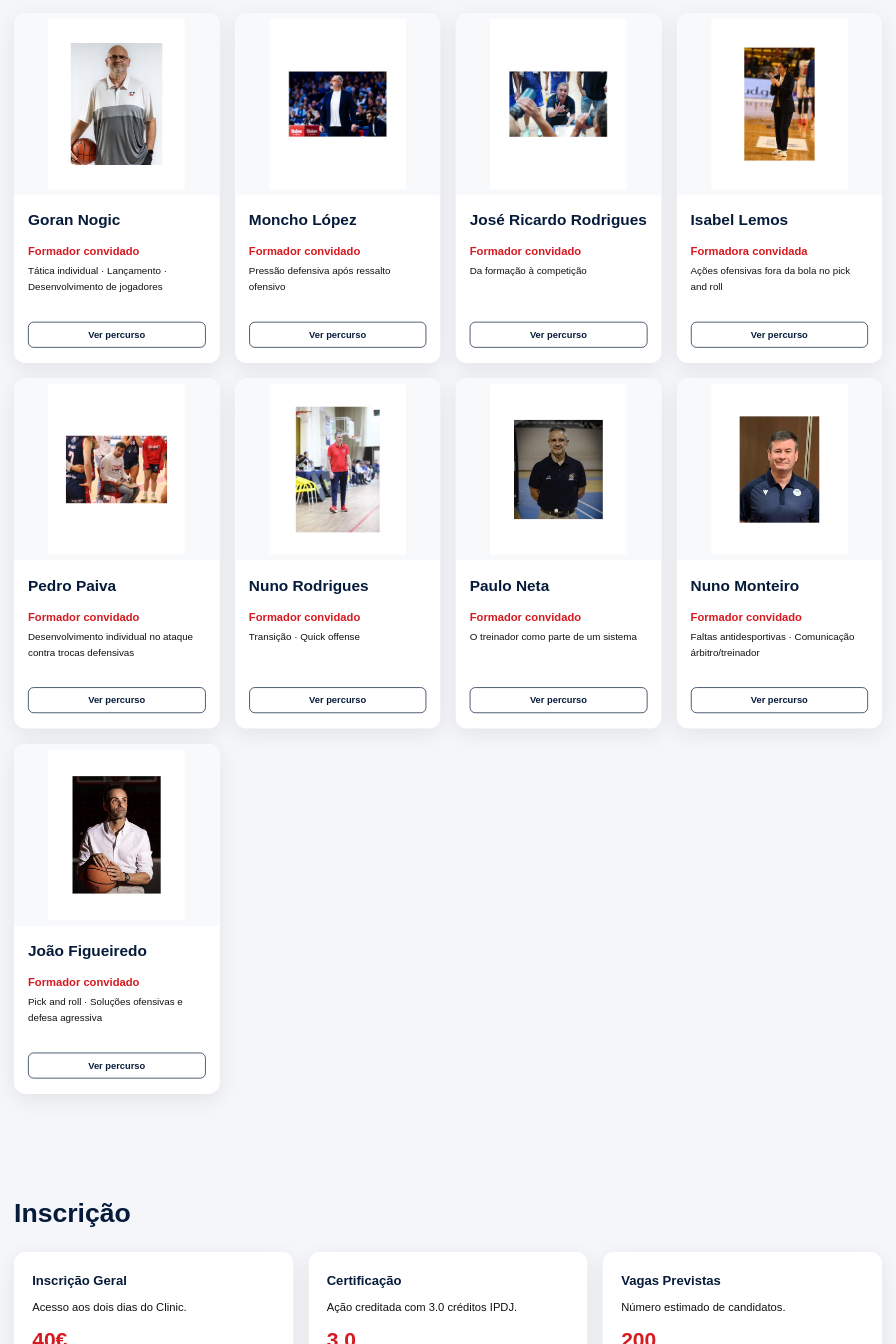
Repository: Vasco18Ferreira/clinic-internacional-maia
Page: index.html
These files come from the project's save history. The page is drawn as it stood at one moment and after the next save; the edit follows.
The browser window is 1280 px wide. The pictures show the part of the page from y = 1404 to 3324 px (the page is 5991 px tall), at 70% of full size.

Above is the page before, as saved 2026-07-21 00:50:23.

### index.html
<!DOCTYPE html>
<html lang="pt">
<head>
  <meta charset="UTF-8" />
  <meta name="viewport" content="width=device-width, initial-scale=1.0" />
  <title>I Clinic Internacional Cidade da Maia</title>

<style>
  :root {
    --blue: #061b3a;
    --red: #d71920;
    --white: #ffffff;
    --light: #f4f6f9;
    --dark: #111111;
  }

  * {
    box-sizing: border-box;
    margin: 0;
    padding: 0;
  }

  body {
    font-family: Arial, sans-serif;
    color: var(--dark);
    background: var(--light);
    line-height: 1.6;
  }

header {
  min-height: 90vh;
  background:
    linear-gradient(rgba(6,27,58,.45), rgba(6,27,58,.72)),
    url("clinic-bg.jpg");

  background-size: cover;
  background-position: center center;
  background-repeat: no-repeat;

  color: var(--white);
  display: flex;
  align-items: center;
  padding: 40px 20px;
}

  .hero {
    max-width: 780px;
  }

  .tag {
    display: inline-block;
    background: var(--red);
    padding: 8px 14px;
    border-radius: 999px;
    font-size: 14px;
    font-weight: bold;
    margin-bottom: 20px;
  }

  h1 {
    font-size: clamp(42px, 8vw, 86px);
    line-height: 0.95;
    margin-bottom: 20px;
    text-transform: uppercase;
  }

  .subtitle {
    font-size: 22px;
    margin-bottom: 25px;
    max-width: 650px;
  }

  .info {
    display: grid;
    grid-template-columns: repeat(auto-fit, minmax(180px, 1fr));
    gap: 12px;
    margin: 30px 0;
  }

  .info div {
    background: rgba(255,255,255,0.12);
    padding: 14px;
    border-radius: 12px;
    backdrop-filter: blur(4px);
  }

  .btn {
    display: inline-block;
    background: var(--red);
    color: var(--white);
    padding: 15px 26px;
    text-decoration: none;
    font-weight: bold;
    border-radius: 8px;
    margin-top: 10px;
  }

  section {
    padding: 70px 20px;
  }

  section.white {
    background: var(--white);
  }

  h2 {
    font-size: 38px;
    color: var(--blue);
    margin-bottom: 25px;
  }

  .grid {
    display: grid;
    grid-template-columns: repeat(auto-fit, minmax(260px, 1fr));
    gap: 22px;
  }

  .card {
    background: var(--white);
    padding: 26px;
    border-radius: 16px;
    box-shadow: 0 8px 30px rgba(0,0,0,0.08);
  }

  .white .card {
    background: var(--light);
  }

  .card h3 {
    color: var(--blue);
    margin-bottom: 10px;
  }

  .price {
    font-size: 30px;
    color: var(--red);
    font-weight: bold;
    margin-top: 10px;
  }

  .programa {
    border-left: 5px solid var(--red);
    padding-left: 20px;
    margin-bottom: 24px;
  }

  .programa p {
    margin: 8px 0;
  }

  .mapa {
    background: var(--blue);
    color: var(--white);
    border-radius: 18px;
    padding: 30px;
  }

  .mapa h3 {
    color: var(--white);
    margin-bottom: 15px;
  }
/* ORGANIZAÇÃO E PARCEIROS */

.partners{
  background:#ffffff;
  padding:90px 20px;
  text-align:center;
}

.partners h2{
  color:var(--blue);
  margin-bottom:18px;
}

.partner-title{
  text-transform:uppercase;
  font-size:14px;
  letter-spacing:3px;
  color:#777;
  margin-bottom:25px;
}

.organizer-logo{
  margin-bottom:55px;
}

.organizer-logo img{
  max-width:190px;
  width:100%;
  height:auto;
}

.partner-divider{
  width:140px;
  height:2px;
  background:var(--red);
  margin:0 auto 45px;
}

.partners-grid{
  display:flex;
  justify-content:center;
  align-items:center;
  gap:45px;
  flex-wrap:wrap;
}

.partner-logo{
  width:170px;
  height:90px;
  display:flex;
  align-items:center;
  justify-content:center;
}

.partner-logo img{
  max-width:180px;
  max-height:90px;
  object-fit:contain;
  transition:.25s;
}

.partner-logo img:hover{
  transform:scale(1.06);
}
  footer {
    background: var(--blue);
    color: var(--white);
    text-align: center;
    padding: 35px 20px;
  }

  .small {
    font-size: 14px;
    opacity: 0.85;
  }
  .countdown-premium {
  margin: 28px 0 22px;
  padding: 18px;
  border-radius: 18px;
  background: rgba(255,255,255,0.10);
  border: 1px solid rgba(255,255,255,0.18);
  backdrop-filter: blur(6px);
}

.countdown-premium p {
  text-transform: uppercase;
  letter-spacing: 3px;
  font-size: 13px;
  font-weight: bold;
  margin-bottom: 12px;
  opacity: 0.85;
}

.countdown-boxes {
  display: grid;
  grid-template-columns: repeat(4, 1fr);
  gap: 10px;
}

.countdown-boxes div {
  background: rgba(255,255,255,0.12);
  border-radius: 14px;
  padding: 12px 8px;
  text-align: center;
}

.countdown-boxes strong {
  display: block;
  font-size: 32px;
  line-height: 1;
  color: var(--white);
}

.countdown-boxes span {
  font-size: 12px;
  opacity: 0.85;
}

@media (max-width: 600px) {
  .countdown-boxes {
    grid-template-columns: repeat(2, 1fr);
  }
}

  /* FORMADORES - MOSAICO */
.speaker-card {
  padding: 0;
  overflow: hidden;
  display: flex;
  flex-direction: column;
  height: 100%;
  min-height: 500px;
}

.speaker-card img {
  width: 100%;
  height: 260px;
  object-fit: contain;
  object-position: center;
  display: block;
  background: #f8f9fb;
  padding: 8px;
}

.speaker-card h3 {
  padding: 18px 20px 0;
  font-size: 22px;
}

.speaker-card > p {
  padding: 4px 20px;
  font-weight: bold;
  color: var(--red);
}

.speaker-bio p {
  margin: 16px 0 0;
  padding: 0;
  font-weight: normal;
  color: #444;
}

.speaker-card span {
  display: block;
  padding: 0 20px 22px;
  font-size: 14px;
  flex-grow: 1;
}

.bio-button {
  margin: 0 20px 22px;
  padding: 10px 14px;
  border: 1px solid var(--blue);
  border-radius: 8px;
  background: transparent;
  color: var(--blue);
  font-weight: bold;
  cursor: pointer;
  transition: 0.2s;
}

.bio-button:hover {
  background: var(--blue);
  color: var(--white);
}

.speaker-bio{
    display:none;
    padding:0 20px 22px;
    font-size:15px;
    line-height:1.75;
    color:#444;
}

.speaker-bio.open{
    display:block;
}

.speaker-bio p{
    margin:16px 0 0;
}

@media (max-width: 900px) {
  .speakers {
    grid-template-columns: 1fr 1fr;
  }
}

@media (max-width: 600px) {
  .speakers {
    grid-template-columns: 1fr;
  }

  h1 {
    font-size: 46px;
  }

  .subtitle {
    font-size: 18px;
  }
}
</style>
</head>

<body>

<header>
  <div class="container hero">
    <span class="tag">Créditos IPDJ 3.0 · Valor máximo</span>

    <h1>I Clinic Internacional<br>Cidade da Maia</h1>

    <p class="subtitle">
      Dois dias de formação avançada para treinadores, com sessões práticas e teóricas orientadas por formadores nacionais e internacionais.
    </p>

    <div class="info">
      <div><strong>📅 29 e 30 Agosto</strong><br>2026</div>
      <div><strong>📍 Local</strong><br>Pavilhão Municipal da Nortecoop</div>
      <div><strong>⏱️ Carga Horária</strong><br>15 horas presenciais</div>
      <div><strong>🎓 Créditos</strong><br>IPDJ 3.0</div>
    </div>

    <div class="countdown-premium">
  <p>Faltam</p>

  <div class="countdown-boxes">
    <div>
      <strong id="days">00</strong>
      <span>Dias</span>
    </div>

    <div>
      <strong id="hours">00</strong>
      <span>Horas</span>
    </div>

    <div>
      <strong id="minutes">00</strong>
      <span>Min</span>
    </div>

    <div>
      <strong id="seconds">00</strong>
      <span>Seg</span>
    </div>
  </div>
</div>

    <a class="btn" href="https://forms.gle/Ad7RbMQL5vM1H9MT7" target="_blank">
      Inscreve-te aqui
    </a>
  </div>
</header>

<section class="white">
  <div class="container">
    <h2>Sobre o Clinic</h2>

    <p>
      O I Clinic Internacional Cidade da Maia é uma ação de formação certificada, organizada pelo Maia Basket Clube, dirigida a treinadores que procuram aprofundar conhecimento técnico, tático e metodológico.
    </p>

    <br>

    <p>
      Ao longo de dois dias, o Clinic contará com sessões práticas e teóricas, num total de 15 horas presenciais, abordando temas como lançamento, tática individual, pressão defensiva, transição ofensiva, pick and roll, comunicação treinador/árbitro e desenvolvimento de jogadores.
    </p>
  </div>
</section>

<section>
  <div class="container">
    <h2>Formadores Confirmados</h2>

    <div class="grid speakers">

      <div class="card speaker-card">
        <img src="assets/goran.jpg" alt="Goran Nogic">
        <h3>Goran Nogic</h3>
        <p>Formador convidado</p>
        <span>Tática individual · Lançamento · Desenvolvimento de jogadores</span>

        <button class="bio-button" type="button" onclick="toggleBio(this)">
          Ver percurso
        </button>

        <div class="speaker-bio">
          <p>
            Treinador sérvio com mais de três décadas de experiência no desenvolvimento
            de jogadores e equipas. Iniciou a carreira na Sérvia e conquistou o
            campeonato nacional de juniores ao serviço do Partizan, onde trabalhou com
            atletas que chegaram ao mais alto nível internacional.
          </p>

          <p>
            Em Portugal, passou por clubes como Estoril Praia, Imortal, Barreirense e
            SL Benfica, assumindo também funções de coordenação da formação. Especialista
            no aperfeiçoamento técnico individual, traz ao Clinic uma abordagem prática
            sobre lançamento, tomada de decisão e construção de jogadores.
          </p>
        </div>
      </div>

      <div class="card speaker-card">
        <img src="assets/moncho.jpg" alt="Moncho López">
        <h3>Moncho López</h3>
        <p>Formador convidado</p>
        <span>Pressão defensiva após ressalto ofensivo</span>

        <button class="bio-button" type="button" onclick="toggleBio(this)">
          Ver percurso
        </button>

        <div class="speaker-bio">
          <p>
            Treinador espanhol com um percurso de referência no basquetebol europeu.
            Foi selecionador nacional de Espanha, conduzindo a seleção à medalha de
            prata no Campeonato da Europa de 2003, e posteriormente selecionador
            nacional sénior masculino de Portugal.
          </p>

          <p>
            Em Portugal, orientou o FC Porto, conquistando a Liga Portuguesa, Taças de
            Portugal, Taças Hugo dos Santos e a Supertaça. Com experiência na ACB,
            em seleções nacionais e no desenvolvimento de jovens jogadores, apresenta
            uma visão de alto rendimento sobre intensidade, reação e organização
            defensiva.
          </p>
        </div>
      </div>

      <div class="card speaker-card">
        <img src="assets/jose-ricardo.jpg" alt="José Ricardo Rodrigues">
        <h3>José Ricardo Rodrigues</h3>
        <p>Formador convidado</p>
        <span>Da formação à competição</span>

        <button class="bio-button" type="button" onclick="toggleBio(this)">
          Ver percurso
        </button>

        <div class="speaker-bio">
          <p>
            Um dos treinadores mais experientes do basquetebol português, com um
            percurso que atravessa a formação, a Liga principal, a Proliga e as
            Seleções Nacionais. Orientou clubes como BC Barcelos e SL Benfica e foi
            selecionador nacional masculino de Sub-20.
          </p>

          <p>
            Reconhecido pela clareza dos seus princípios de jogo, pela preparação
            defensiva e pela capacidade de transformar conceitos de formação em
            rendimento competitivo. Atualmente treinador principal do CD Póvoa,
            abordará no Clinic a passagem decisiva entre formar um jogador e prepará-lo
            para competir.
          </p>
        </div>
      </div>

      <div class="card speaker-card">
        <img src="assets/isabel.jpg" alt="Isabel Lemos">
        <h3>Isabel Lemos</h3>
        <p>Formadora convidada</p>
        <span>Ações ofensivas fora da bola no pick and roll</span>

        <button class="bio-button" type="button" onclick="toggleBio(this)">
          Ver percurso
        </button>

        <div class="speaker-bio">
          <p>
            Treinadora e coordenadora técnica com uma carreira profundamente ligada
            à formação e ao desenvolvimento de jovens jogadores. Foi responsável por
            estruturas de formação em Portugal, integrou equipas técnicas de alto nível
            e acumulou experiência como Diretora Técnica Regional.
          </p>

          <p>
            Atualmente é Coordenadora Técnica do Ourense Baloncesto, em Espanha.
            A sua experiência na organização de programas de formação e na ligação
            entre desenvolvimento individual e jogo coletivo confere particular
            relevância à sessão dedicada às ações ofensivas fora da bola no
            pick and roll.
          </p>
        </div>
      </div>

      <div class="card speaker-card">
        <img src="assets/pedro.jpg" alt="Pedro Paiva">
        <h3>Pedro Paiva</h3>
        <p>Formador convidado</p>
        <span>Desenvolvimento individual no ataque contra trocas defensivas</span>

        <button class="bio-button" type="button" onclick="toggleBio(this)">
          Ver percurso
        </button>

        <div class="speaker-bio">
          <p>
            Treinador do Maia Basket Clube, com experiência no acompanhamento
            e desenvolvimento de equipas e atletas dos escalões de formação.
            O seu trabalho está ligado à evolução técnica e coletiva dos
            jovens jogadores.
          </p>
        </div>
      </div>

      <div class="card speaker-card">
        <img src="assets/nuno-rodrigues.jpg" alt="Nuno Rodrigues">
        <h3>Nuno Rodrigues</h3>
        <p>Formador convidado</p>
        <span>Transição · Quick offense</span>

        <button class="bio-button" type="button" onclick="toggleBio(this)">
          Ver percurso
        </button>

        <div class="speaker-bio">
          <p>
            Treinador com mais de duas décadas de experiência no basquetebol português.
            Construiu grande parte do seu percurso no Sport Lisboa e Benfica, onde
            trabalhou durante cerca de 14 épocas, orientando diversos escalões de
            formação, equipas femininas e masculinas, bem como a equipa da Proliga.
          </p>

          <p>
            Passou ainda pelo Clube Atlético de Queluz, Angrabasket e Sport Club
            Lusitânia, acumulando experiência na formação e no alto rendimento.
            Atualmente é treinador principal do Maia Basket Clube na Proliga, sendo
            reconhecido pela organização ofensiva, velocidade de decisão e
            desenvolvimento de jogadores.
          </p>
        </div>
      </div>

      <div class="card speaker-card">
        <img src="assets/paulo-neta.jpg" alt="Paulo Neta">
        <h3>Paulo Neta</h3>
        <p>Formador convidado</p>
        <span>O treinador como parte de um sistema</span>

        <button class="bio-button" type="button" onclick="toggleBio(this)">
          Ver percurso
        </button>

        <div class="speaker-bio">
          <p>
            Diretor Técnico Nacional da Federação Portuguesa de Basquetebol,
            com experiência anterior como Diretor Técnico Regional da
            Associação de Basquetebol do Porto. Desenvolve também atividade
            na área do ensino e da formação de treinadores.
          </p>
        </div>
      </div>

      <div class="card speaker-card">
        <img src="assets/nuno-monteiro.jpg" alt="Nuno Monteiro">
        <h3>Nuno Monteiro</h3>
        <p>Formador convidado</p>
        <span>Faltas antidesportivas · Comunicação árbitro/treinador</span>

        <button class="bio-button" type="button" onclick="toggleBio(this)">
          Ver percurso
        </button>

        <div class="speaker-bio">
          <p>
            Árbitro, comissário e observador ligado à Associação de
            Basquetebol do Porto, com experiência na arbitragem e no
            acompanhamento técnico de juízes. Desenvolve também trabalho
            na formação e valorização da arbitragem.
          </p>
        </div>
      </div>

      <div class="card speaker-card">
        <img src="assets/joao-figueiredo.jpg" alt="João Figueiredo">
        <h3>João Figueiredo</h3>
        <p>Formador convidado</p>
        <span>Pick and roll · Soluções ofensivas e defesa agressiva</span>

        <button class="bio-button" type="button" onclick="toggleBio(this)">
          Ver percurso
        </button>

        <div class="speaker-bio">
          <p>
            Treinador de Grau III e antigo jogador profissional, com mais de duas
            décadas de experiência dentro do jogo. Depois de representar vários clubes
            como atleta, iniciou um percurso como treinador que o levou da formação
            e do Illiabum à liderança da UD Oliveirense na Liga Betclic.
          </p>

          <p>
            Na Oliveirense, foi eleito Treinador do Ano da Liga Betclic em 2023/24
            e conquistou a Taça Hugo dos Santos em 2024/25. É também treinador de
            Seleções Nacionais jovens e assume agora o comando do SC Braga. No Clinic,
            partilhará soluções ofensivas e defensivas de pick and roll aplicadas ao
            contexto competitivo de alto nível.
          </p>
        </div>
      </div>

    </div>
  </div>
</section>

<section>
  <div class="container">
    <h2>Inscrição</h2>

    <div class="grid">
      <div class="card">
        <h3>Inscrição Geral</h3>
        <p>Acesso aos dois dias do Clinic.</p>
        <div class="price">40€</div>
      </div>

      <div class="card">
        <h3>Certificação</h3>
        <p>Ação creditada com 3.0 créditos IPDJ.</p>
        <div class="price">3.0</div>
      </div>

      <div class="card">
        <h3>Vagas Previstas</h3>
        <p>Número estimado de candidatos.</p>
        <div class="price">200</div>
      </div>
    </div>

    <br>

    <a class="btn" href="https://forms.gle/EXb84ibEogxBvDj16" target="_blank">
      Inscreve-te aqui
    </a>
  </div>
</section>

<section class="white">
  <div class="container">
    <h2>Onde almoçar</h2>
    <p>
      Para apoiar os nossos parceiros locais e facilitar a logística dos participantes, teremos menus especiais em restaurantes próximos do pavilhão.
      A escolha do restaurante será feita no formulário de inscrição.
    </p>

    <br>

    <div class="grid">
      <div class="card">
        <h3>Restaurante 1</h3>
        <p><strong>Menu:</strong> a confirmar</p>
        <p><strong>Valor:</strong> a confirmar</p>
        <p><strong>Distância:</strong> perto do pavilhão</p>
        <p><strong>Lugares:</strong> limitados</p>
      </div>

      <div class="card">
        <h3>Restaurante 2</h3>
        <p><strong>Menu:</strong> a confirmar</p>
        <p><strong>Valor:</strong> a confirmar</p>
        <p><strong>Distância:</strong> perto do pavilhão</p>
        <p><strong>Lugares:</strong> limitados</p>
      </div>

      <div class="card">
        <h3>Restaurante 3</h3>
        <p><strong>Menu:</strong> a confirmar</p>
        <p><strong>Valor:</strong> a confirmar</p>
        <p><strong>Distância:</strong> perto do pavilhão</p>
        <p><strong>Lugares:</strong> limitados</p>
      </div>
    </div>
  </div>
</section>

<section>
  <div class="container">
    <h2>Localização</h2>

    <div class="mapa">
      <h3>📍 Pavilhão Municipal da Nortecoop</h3>
      <p>
        O evento decorrerá no Pavilhão Municipal da Nortecoop, com restaurantes parceiros localizados a curta distância a pé.
      </p>
      <br>
      <p>🅿️ Estacionamento nas proximidades</p>
      <p>🍽️ Restaurantes parceiros próximos</p>
      <p>🚶 Deslocações possíveis a pé</p>
    </div>
  </div>
</section>

<section class="white">
  <div class="container">
    <h2>Perguntas frequentes</h2>

    <div class="grid">
      <div class="card">
        <h3>O Clinic dá créditos IPDJ?</h3>
        <p>Sim. O Clinic tem aprovação para créditos IPDJ 3.0.</p>
      </div>

      <div class="card">
        <h3>O almoço está incluído?</h3>
        <p>Não. Os participantes poderão reservar menu nos restaurantes parceiros através do formulário.</p>
      </div>

      <div class="card">
        <h3>Como faço o pagamento?</h3>
        <p>As informações de pagamento serão enviadas após o preenchimento do formulário.</p>
      </div>
    </div>
  </div>
</section>

<section class="white">
  <div class="container">

    <div class="technical-coordination">
      <p class="coordination-label">Diretora de Curso</p>
      <h3>Daniela Gomes</h3>
      <p>Coordenadora Técnica MBC</p>
    </div>

  </div>
</section>

<section class="partners">

    <div class="container">

        <h2>Organização e Parceiros Institucionais</h2>

        <p class="partner-title">
            Organização
        </p>

        <div class="organizer-logo">
            <img src="assets/maia-basket.png" alt="Maia Basket Clube">
        </div>

        <div class="partner-divider"></div>

        <p class="partner-title">
            Com o apoio de
        </p>

        <div class="partners-grid">

            <div class="partner-logo">
                <img src="assets/antb.png" alt="ANTB">
            </div>

            <div class="partner-logo">
                <img src="assets/ipdj.png" alt="IPDJ">
            </div>

            <div class="partner-logo">
                <img src="assets/cmm.png" alt="Câmara Municipal da Maia">
            </div>

        </div>

    </div>

</section>

<footer>
  <h3>Maia Basket Clube</h3>
  <p>I Clinic Internacional Cidade da Maia — 29 e 30 de Agosto de 2026</p>
  <p class="small">Contactos: geral@maiabasketclube.pt | 913 926 046</p>
</footer>

<script>
  const eventDate = new Date("2026-08-29T09:00:00").getTime();

  function updateCountdown() {
    const now = new Date().getTime();
    const distance = eventDate - now;

    if (distance <= 0) return;

    document.getElementById("days").innerText =
      Math.floor(distance / (1000 * 60 * 60 * 24));

    document.getElementById("hours").innerText =
      Math.floor((distance / (1000 * 60 * 60)) % 24);

    document.getElementById("minutes").innerText =
      Math.floor((distance / (1000 * 60)) % 60);

    document.getElementById("seconds").innerText =
      Math.floor((distance / 1000) % 60);
  }

  updateCountdown();
  setInterval(updateCountdown, 1000);

  function toggleBio(button) {
    const bio = button.nextElementSibling;

    if (!bio || !bio.classList.contains("speaker-bio")) {
      console.error("Biografia não encontrada junto ao botão.");
      return;
    }

    const estaAberta = bio.classList.toggle("open");

    button.textContent = estaAberta
      ? "Ocultar percurso"
      : "Ver percurso";
  }
</script>
</body>
</html>

After the next save:
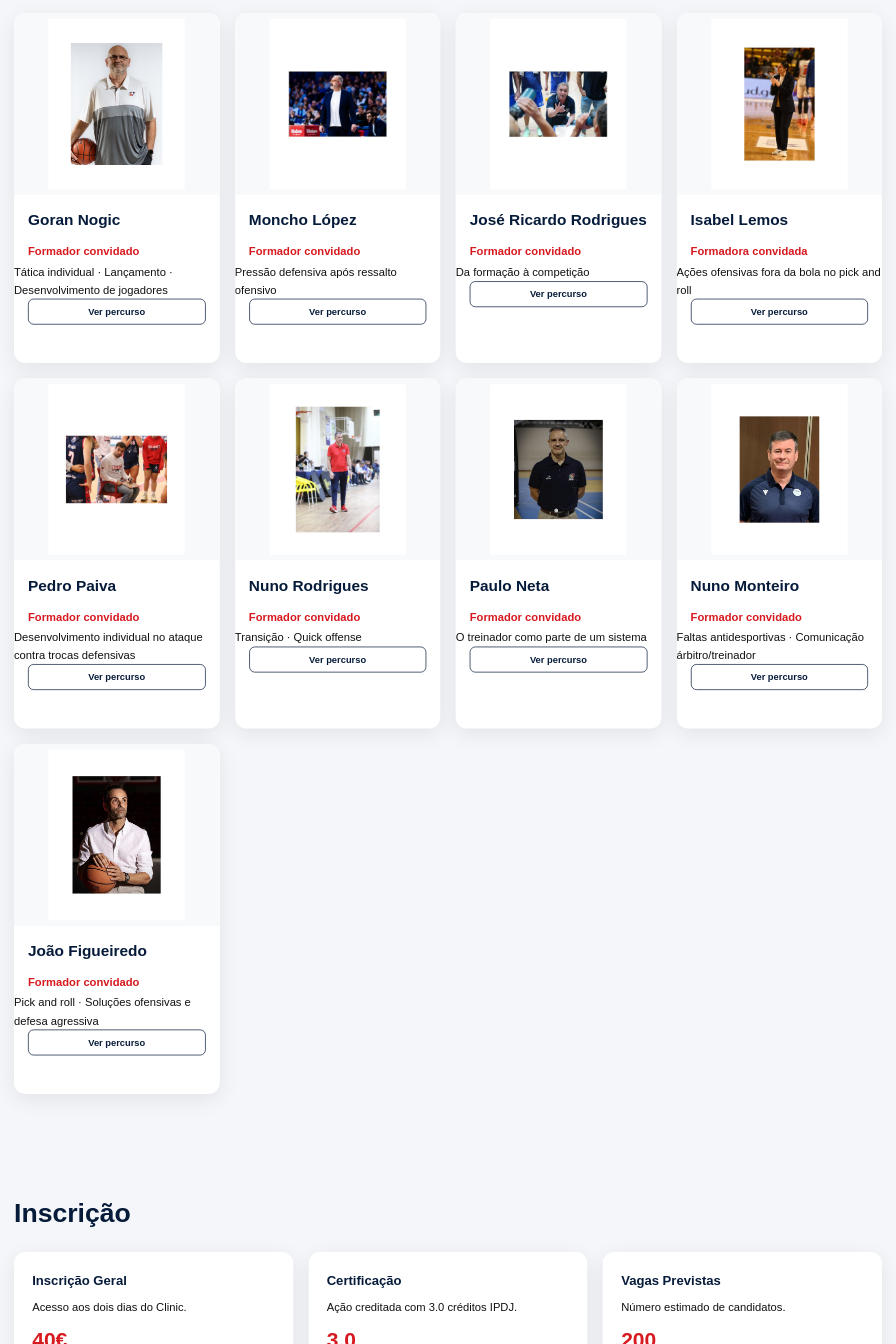
Saved 4 min 11 s later.
--- a/index.html
+++ b/index.html
@@ -314,18 +314,23 @@
   color: var(--red);
 }
 
+.speaker-bio {
+  display: none;
+  padding: 0 20px 22px;
+  font-size: 15px;
+  line-height: 1.75;
+  color: #444;
+}
+
+.speaker-bio.open {
+  display: block;
+}
+
 .speaker-bio p {
   margin: 16px 0 0;
   padding: 0;
   font-weight: normal;
   color: #444;
-}
-
-.speaker-card span {
-  display: block;
-  padding: 0 20px 22px;
-  font-size: 14px;
-  flex-grow: 1;
 }
 
 .bio-button {
